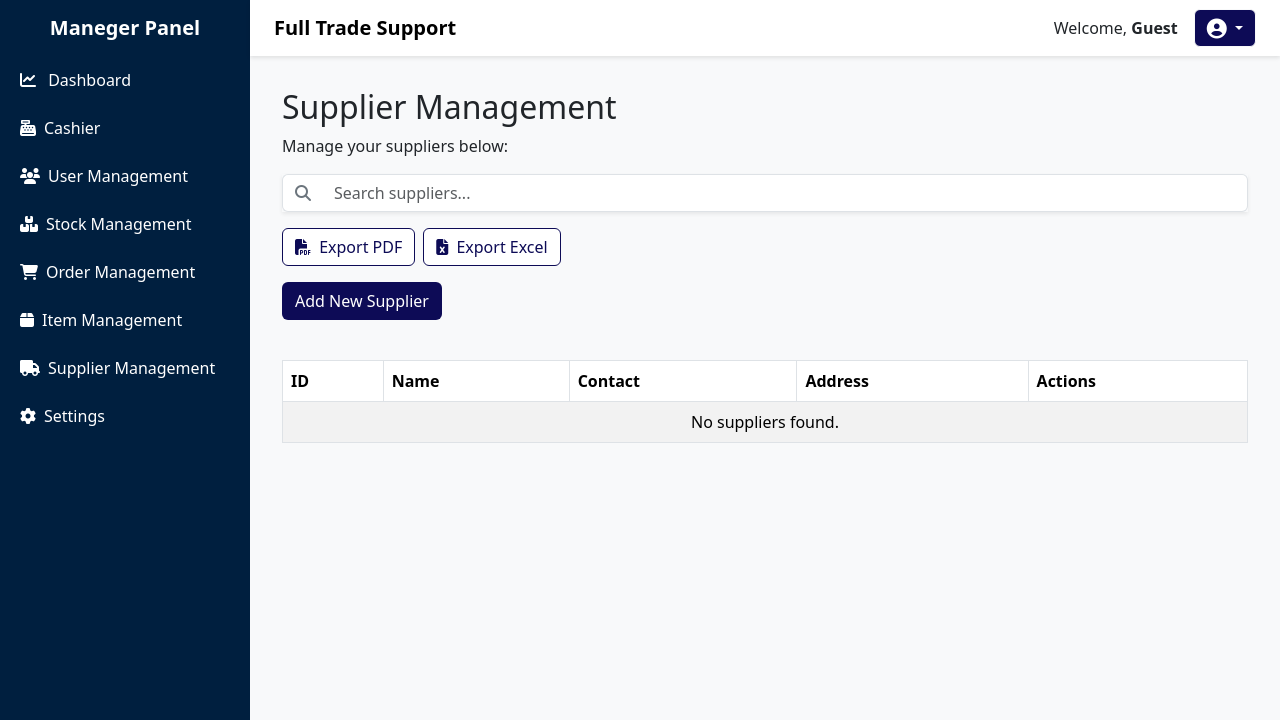
Repository: LakviduUpasara/onlineSparePartsManagementSystem
Page: http://localhost/Spare_parts_Management_Systems/supplier-list
These files come from the project's save history. The page is drawn as it stood at one moment and after the next save; the edit follows.
The browser window is 1280 px wide. The pictures show the whole page.
The page is served by Tomcat 9. Other server files are loaded and not shown. Queries for data that is not in the repository find no rows.

Above is the page before, as saved 2025-05-15 03:39:45.

### Project/Project/Spare_parts_Management_Systems/src/main/webapp/Maneger/maneger_dashbord.jsp
<%@ page language="java" contentType="text/html; charset=UTF-8" pageEncoding="UTF-8"%>
<%@ page import="java.util.*, com.spareparts.model.Supplier" %>


<!DOCTYPE html>
<html lang="en">
<head>
  <meta charset="UTF-8">
  <title>Full Trade Support Dashboard</title>
  <link href="https://cdn.jsdelivr.net/npm/bootstrap@5.3.2/dist/css/bootstrap.min.css" rel="stylesheet">
  <link href="https://cdnjs.cloudflare.com/ajax/libs/font-awesome/6.5.0/css/all.min.css" rel="stylesheet">
  <style>
    body {
      display: flex;
      min-height: 100vh;
      overflow-x: hidden;
    }
    .sidebar {
      width: 250px;
      background-color: #001f3f;
      color: #fff;
      flex-shrink: 0;
      padding-top: 1rem;
    }
    .sidebar a {
      display: block;
      padding: 12px 20px;
      color: #fff;
      text-decoration: none;
      transition: background 0.3s;
    }
    .sidebar a:hover {
      background-color: #003366;
    }
    .sidebar h5 {
      text-align: center;
      margin-bottom: 1rem;
      font-weight: bold;
    }
    .main-content {
      flex-grow: 1;
      background: #f8f9fa;
    }
    .navbar {
      background-color: #ffffff;
      box-shadow: 0 2px 4px rgba(0,0,0,0.1);
    }
    .dashboard-content {
      padding: 2rem;
    }
    .custom-header {
      background-color: #0d0b56; /* Match navigation blue */
      color: white;
    }
    .btn {
      background-color: #0d0b56;
      color: white;
    }
    .btn:hover {
      background-color: #003366;
    }
    .export-btn {
      background-color: #ffffff;
      color: #0d0b56;
      border: 1px solid #0d0b56;
    }
    .export-btn:hover {
      background-color: #0d0b56;
      color: #ffffff;
    }
  </style>
</head>
<body>

  <!-- Sidebar -->
  <div class="sidebar">
    <h5>Maneger  Panel</h5>
    <a href="${pageContext.request.contextPath}/dashboard"><i class="fas fa-chart-line me-2"></i> Dashboard</a>
    <a href="${pageContext.request.contextPath}/cashier"><i class="fas fa-cash-register me-2"></i>Cashier</a>
    <a href="${pageContext.request.contextPath}/GetAllServlet"><i class="fas fa-users me-2"></i>User Management</a>
    <a href="${pageContext.request.contextPath}/item-list"><i class="fas fa-boxes me-2"></i>Stock Management</a>
    <a href="#"><i class="fas fa-shopping-cart me-2"></i>Order Management</a>
    <a href=""${pageContext.request.contextPath}/item-list""><i class="fas fa-box me-2"></i>Item Management</a>

    <a href="${pageContext.request.contextPath}/supplier-list"><i class="fas fa-truck me-2"></i>Supplier Management</a>
    <a href="${pageContext.request.contextPath}/profile.jsp" data-bs-toggle="collapse" data-bs-target="#settingsMenu"><i class="fas fa-gear me-2"></i>Settings</a>
    <div class="collapse ms-3" id="settingsMenu">
      <a href="#" class="d-block mt-1"><i class="fas fa-sliders-h me-2"></i>System Preferences</a>
    </div>
  </div>

  <!-- Main Content -->
  <div class="main-content w-100">
    <nav class="navbar navbar-expand-lg navbar-light px-4">
      <a class="navbar-brand fw-bold" href="#">Full Trade Support</a>
      <div class="ms-auto d-flex align-items-center">
        <span class="me-3">
          Welcome, <strong><%= session.getAttribute("Name") != null ? session.getAttribute("Name") : "Guest" %></strong>
        </span>
        <div class="dropdown">
          <a class="btn btn-light dropdown-toggle" href="#" role="button" data-bs-toggle="dropdown">
            <i class="fas fa-user-circle fa-lg"></i>
          </a>
          <ul class="dropdown-menu dropdown-menu-end">
            <li><a class="dropdown-item" href="${pageContext.request.contextPath}/profile.jsp"><i class="fas fa-id-badge me-2"></i>Profile</a></li>
            <li><hr class="dropdown-divider"></li>
            <li><a class="dropdown-item text-danger" href="${pageContext.request.contextPath}/LogoutServlet"><i class="fas fa-sign-out-alt me-2"></i>Logout</a></li>
          </ul>
        </div>
      </div>
    </nav>

    <!-- Supplier Management Section -->
    <div class="dashboard-content">
      <h2>Supplier Management</h2>
      <p>Manage your suppliers below:</p>

      <!-- Search Bar -->
      <div class="mb-3 w-100">
        <div class="input-group shadow-sm">
          <span class="input-group-text bg-white border-end-0">
            <i class="fas fa-search text-secondary"></i>
          </span>
          <input type="text" id="searchInput" class="form-control border-start-0" placeholder="Search suppliers...">
        </div>
      </div>

      <!-- Export Buttons -->
      <div class="mb-3 d-flex gap-2">
        <button onclick="exportTableToPDF()" class="btn export-btn">
          <i class="fas fa-file-pdf me-1"></i> Export PDF
        </button>
        <button onclick="exportTableToExcel()" class="btn export-btn">
          <i class="fas fa-file-excel me-1"></i> Export Excel
        </button>
      </div>

      <!-- Add Button -->
      <button class="btn" data-bs-toggle="modal" data-bs-target="#addSupplierModal" style="background-color: #0d0b56; color: white; margin-bottom: 1rem;">
        Add New Supplier
      </button>

      <!-- Supplier Table -->
      <div class="table-container mt-4">
        <table class="table table-bordered table-striped" id="supplier-table">
          <thead class="custom-header">
            <tr>
              <th>ID</th>
              <th>Name</th>
              <th>Contact</th>
              <th>Address</th>
              <th>Actions</th>
            </tr>
          </thead>
          <tbody>
            <%
              List<Supplier> supplierList = (List<Supplier>) request.getAttribute("supplierList");
              if (supplierList != null && !supplierList.isEmpty()) {
                for (Supplier s : supplierList) {
            %>
            <tr>
              <td><%= s.getSupplierID() %></td>
              <td><%= s.getSupplierName() %></td>
              <td><%= s.getContactNumber() %></td>
              <td><%= s.getAddress() %></td>
              <td>
                <div class="d-flex gap-2">
                  <a href="supplier-update?id=<%= s.getSupplierID() %>" class="btn btn-sm btn-outline-primary">
                      <i class="fas fa-edit"></i>
                  </a>
                  <a href="supplier-delete?id=<%= s.getSupplierID() %>" class="btn btn-sm btn-outline-danger" onclick="return confirm('Are you sure?')">
                      <i class="fas fa-trash-alt"></i>
                  </a>
                </div>
              </td>
            </tr>
            <% } } else { %>
            <tr>
              <td colspan="5" class="text-center">No suppliers found.</td>
            </tr>
            <% } %>
          </tbody>
        </table>
      </div>
    </div>

    <!-- Add Supplier Modal -->
    <div class="modal fade" id="addSupplierModal" tabindex="-1" aria-labelledby="addSupplierModalLabel" aria-hidden="true">
      <div class="modal-dialog">
        <form action="${pageContext.request.contextPath}/supplier-add" method="post" class="modal-content">
          <div class="modal-header">
            <h5 class="modal-title">Add New Supplier</h5>
            <button type="button" class="btn-close" data-bs-dismiss="modal"></button>
          </div>
          <div class="modal-body">
            <div class="mb-3">
              <label for="supplierName" class="form-label">Supplier Name</label>
              <input type="text" class="form-control" id="supplierName" name="supplierName" required>
            </div>
            <div class="mb-3">
              <label for="contactNumber" class="form-label">Contact Number</label>
              <input type="text" class="form-control" id="contactNumber" name="contactNumber" required>
            </div>
            <div class="mb-3">
              <label for="address" class="form-label">Address</label>
              <textarea class="form-control" id="address" name="address" required></textarea>
            </div>
          </div>
          <div class="modal-footer">
            <button type="submit" class="btn btn-primary">Add Supplier</button>
            <button type="button" class="btn btn-secondary" data-bs-dismiss="modal">Cancel</button>
          </div>
        </form>
      </div>
    </div>

    <!-- JS Scripts -->
    <script src="https://cdn.jsdelivr.net/npm/bootstrap@5.3.2/dist/js/bootstrap.bundle.min.js"></script>
    <script>
      function filterTable() {
        const input = document.getElementById("searchInput");
        const filter = input.value.toUpperCase();
        const table = document.querySelector("#supplier-table");
        const rows = table.getElementsByTagName("tr");

        for (let i = 1; i < rows.length; i++) {
          let rowVisible = false;
          const cells = rows[i].getElementsByTagName("td");

          for (let j = 0; j < cells.length - 1; j++) {
            if (cells[j]) {
              const text = cells[j].textContent || cells[j].innerText;
              if (text.toUpperCase().indexOf(filter) > -1) {
                rowVisible = true;
                break;
              }
            }
          }
          rows[i].style.display = rowVisible ? "" : "none";
        }
      }

      document.getElementById("searchInput").addEventListener("input", filterTable);

      async function exportTableToPDF() {
        const { jsPDF } = window.jspdf;
        const doc = new jsPDF();

        const table = document.getElementById('supplier-table');
        const headers = [];
        const data = [];

        const headerCells = table.querySelectorAll('thead tr th');
        headerCells.forEach((th, index) => {
          if (index < headerCells.length - 1) {
            headers.push(th.innerText.trim());
          }
        });

        const rows = table.querySelectorAll('tbody tr');
        rows.forEach(row => {
          const rowData = [];
          const cells = row.querySelectorAll('td');
          cells.forEach((td, index) => {
            if (index < cells.length - 1) {
              rowData.push(td.innerText.trim());
            }
          });
          if (rowData.length > 0) {
            data.push(rowData);
          }
        });

        doc.autoTable({
          head: [headers],
          body: data,
          theme: 'grid',
          headStyles: { fillColor: [13, 11, 86] },
          styles: { fontSize: 9 }
        });

        doc.save('supplier_data.pdf');
      }

      function exportTableToExcel() {
        var table = document.getElementById('supplier-table');
        var wb = XLSX.utils.table_to_book(table, { sheet: "Suppliers" });
        XLSX.writeFile(wb, 'supplier_data.xlsx');
      }
    </script>
    <script src="https://cdnjs.cloudflare.com/ajax/libs/xlsx/0.18.5/xlsx.full.min.js"></script>
    <script src="https://cdnjs.cloudflare.com/ajax/libs/jspdf/2.5.1/jspdf.umd.min.js"></script>
    <script src="https://cdnjs.cloudflare.com/ajax/libs/jspdf-autotable/3.5.23/jspdf.plugin.autotable.min.js"></script>
</body>
</html>

### Project/Project/Spare_parts_Management_Systems/src/main/java/com/spareparts/servlet/SupplierListServlet.java
package com.spareparts.servlet;

import com.spareparts.controller.SupplierController;
import com.spareparts.model.Supplier;

import javax.servlet.RequestDispatcher;
import javax.servlet.ServletException;
import javax.servlet.annotation.WebServlet;
import javax.servlet.http.*;
import java.io.IOException;
import java.util.List;

@WebServlet("/supplier-list")
public class SupplierListServlet extends HttpServlet {

    protected void doGet(HttpServletRequest request, HttpServletResponse response)
            throws ServletException, IOException {


        List<Supplier> supplierList = SupplierController.getAllSuppliers();

        // Set it in request scope
        request.setAttribute("supplierList", supplierList);

        // Forward to JSP (manager.jsp or supplier-list.jsp)
        RequestDispatcher dispatcher = request.getRequestDispatcher("Maneger/maneger_dashbord.jsp"); // Or supplier-list.jsp
        dispatcher.forward(request, response);
    }
}

### Project/Project/Spare_parts_Management_Systems/src/main/java/com/spareparts/util/DBConnection.java
package com.spareparts.util;

import java.sql.Connection;
import java.sql.DriverManager;

public class DBConnection {
	private static String url = "jdbc:mysql://localhost:3306/Spareparts";
	private static String user = "root";
	private static String pass = "Lakvidu@2001";
	private static Connection con;

	public static Connection getConnection() {
		try {
			Class.forName("com.mysql.jdbc.Driver");
			con = DriverManager.getConnection(url, user, pass);
		}
		catch(Exception e) {
			System.out.println("Database not connect !");
		}
		return con;
	}



}

After the next save:
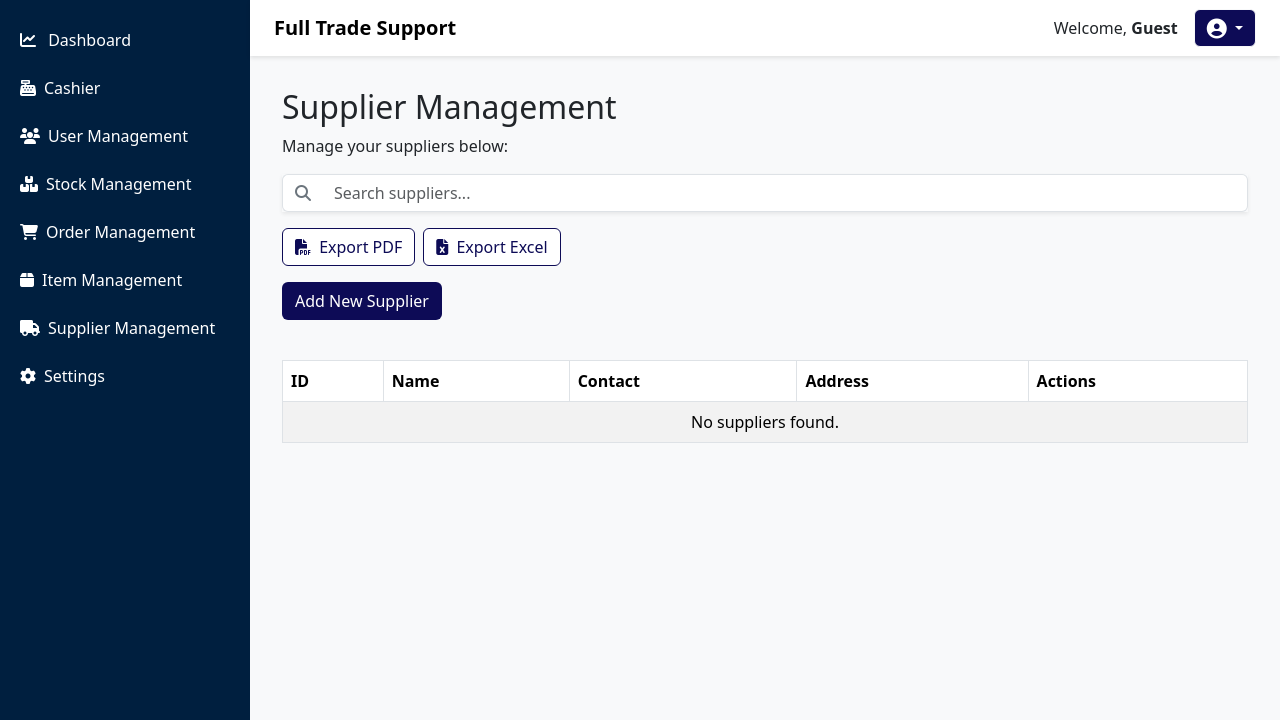
Saved 4 min 17 s later.
--- a/Project/Project/Spare_parts_Management_Systems/src/main/webapp/Maneger/maneger_dashbord.jsp
+++ b/Project/Project/Spare_parts_Management_Systems/src/main/webapp/Maneger/maneger_dashbord.jsp
@@ -74,7 +74,7 @@
 
   <!-- Sidebar -->
   <div class="sidebar">
-    <h5>Maneger  Panel</h5>
+
     <a href="${pageContext.request.contextPath}/dashboard"><i class="fas fa-chart-line me-2"></i> Dashboard</a>
     <a href="${pageContext.request.contextPath}/cashier"><i class="fas fa-cash-register me-2"></i>Cashier</a>
     <a href="${pageContext.request.contextPath}/GetAllServlet"><i class="fas fa-users me-2"></i>User Management</a>
@@ -85,7 +85,7 @@
     <a href="${pageContext.request.contextPath}/supplier-list"><i class="fas fa-truck me-2"></i>Supplier Management</a>
     <a href="${pageContext.request.contextPath}/profile.jsp" data-bs-toggle="collapse" data-bs-target="#settingsMenu"><i class="fas fa-gear me-2"></i>Settings</a>
     <div class="collapse ms-3" id="settingsMenu">
-      <a href="#" class="d-block mt-1"><i class="fas fa-sliders-h me-2"></i>System Preferences</a>
+      <a href="${pageContext.request.contextPath}/profile.jsp" class="d-block mt-1"><i class="fas fa-sliders-h me-2"></i>Profile</a></li>
     </div>
   </div>
 
